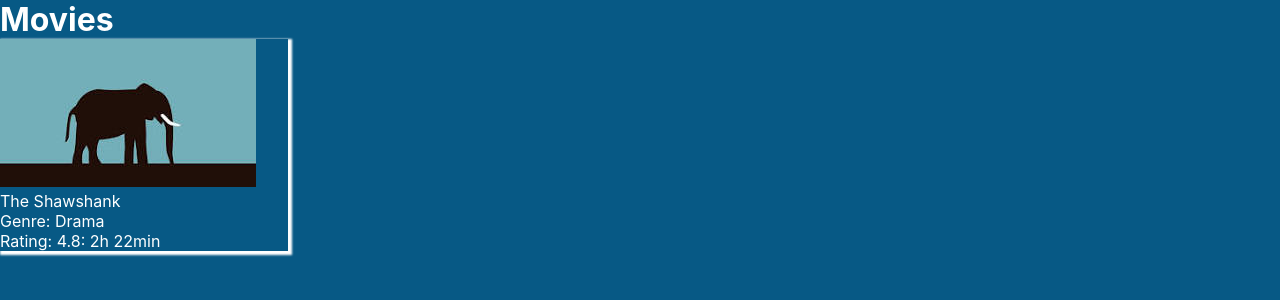
Repository: sbodova24/REACT__MovieApp
Page: /
The author's editor kept a copy of each file at every save. The page is drawn from the files as they stood at one save, then again after the next save.
The browser window is 1280 px wide. The pictures show the whole page.
The page's requests for data from a server got no answer. The project was rebuilt for these pictures with package versions that can differ from the ones it lists, and the page was loaded fresh each time. No one was signed in, and anything a server would have sent is missing.

Above is the page before, as saved 2024-11-13 06:09:11.

After the next save:
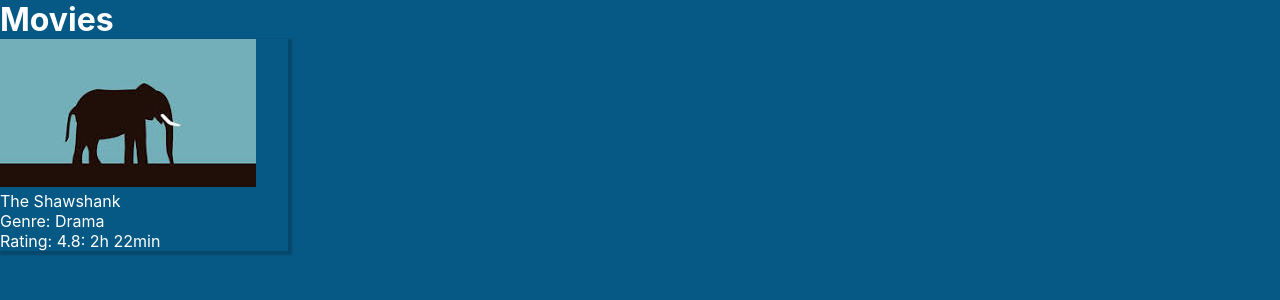
Saved 7 s later.
--- a/src/components/MovieCard/MovieCard.css
+++ b/src/components/MovieCard/MovieCard.css
@@ -1,5 +1,5 @@
 .card-container{
   width: 18rem;
   background-color:var(--card-bg-color);
-  box-shadow: 2px 2px 2px 2px;
+  box-shadow: 2px 2px 2px 2px rgba(0,0,0,0.2);
 }
